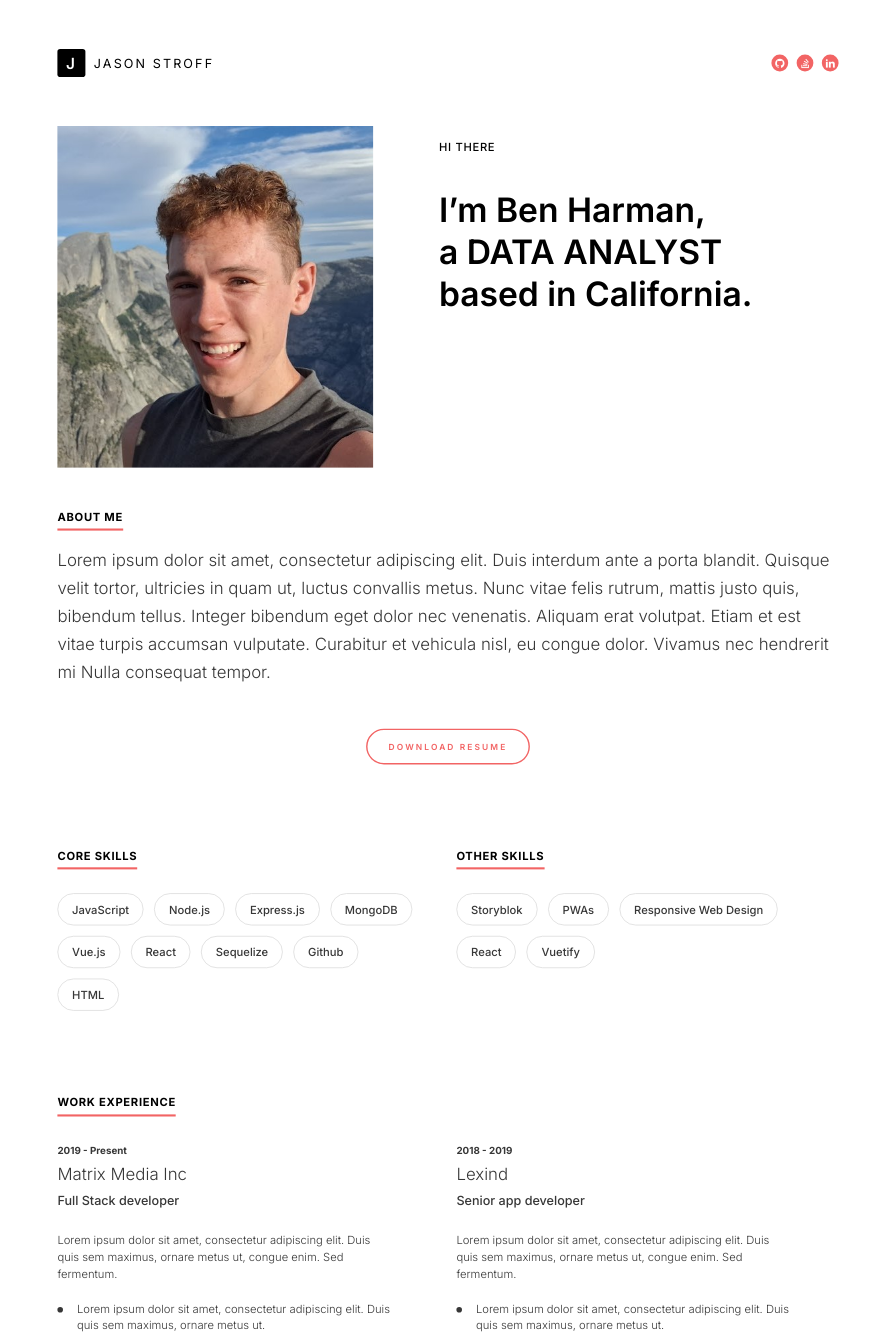
Repository: benharmandev/personal-website
Page: index.html
An editor plug-in stored every save of this project. The page is shown before and after the next save, followed by the edit.
The browser window is 1280 px wide. The pictures show the part of the page from y = 0 to 1920 px (the page is 4238 px tall before and 4278 px after), at 70% of full size.

Above is the page before, as saved 2023-10-03 11:01:17.

After the next save:
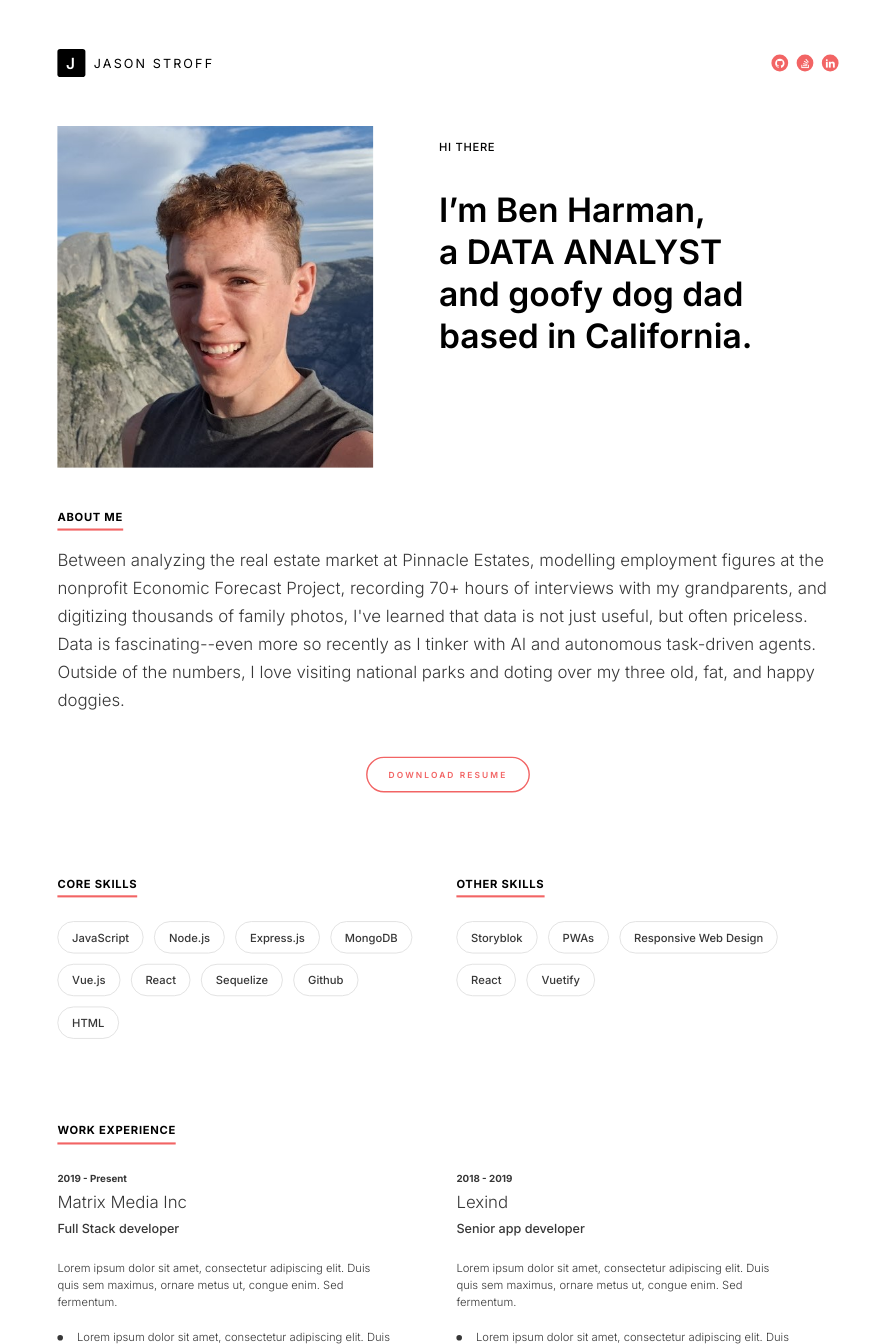
Saved 81 min 20 s later.
--- a/index.html
+++ b/index.html
@@ -59,7 +59,7 @@
           <section>
             <h1>
               <span>HI THERE</span>
-              I’m Ben Harman, <br> a DATA ANALYST based in California.
+              I’m Ben Harman, <br> a DATA ANALYST and goofy dog dad based in California.
             </h1>
             <ul class="ds-numbervalulist">
               <li>
@@ -87,10 +87,15 @@
     <div class="container">
       <section>
         <h2 class="ds-heading">About Me</h2>
-        <p>Lorem ipsum dolor sit amet, consectetur adipiscing elit. Duis interdum ante a porta blandit. Quisque velit
-          tortor, ultricies in quam ut, luctus convallis metus. Nunc vitae felis rutrum, mattis justo quis, bibendum
-          tellus. Integer bibendum eget dolor nec venenatis. Aliquam erat volutpat. Etiam et est vitae turpis accumsan
-          vulputate. Curabitur et vehicula nisl, eu congue dolor. Vivamus nec hendrerit mi Nulla consequat tempor.</p>
+        <p>Between analyzing the real estate market at Pinnacle Estates, modelling employment figures at the nonprofit
+          Economic
+          Forecast Project, recording 70+ hours of interviews with my grandparents, and digitizing thousands of family
+          photos,
+          I've learned that data is not just useful, but often priceless. Data is fascinating--even more so recently as
+          I tinker with
+          AI and autonomous task-driven agents. Outside of the numbers, I love visiting national parks and doting over
+          my three old,
+          fat, and happy doggies.</p>
         <div class="ds-button-sec text-center">
           <a href="#" class="ds-button">Download Resume</a>
         </div>
